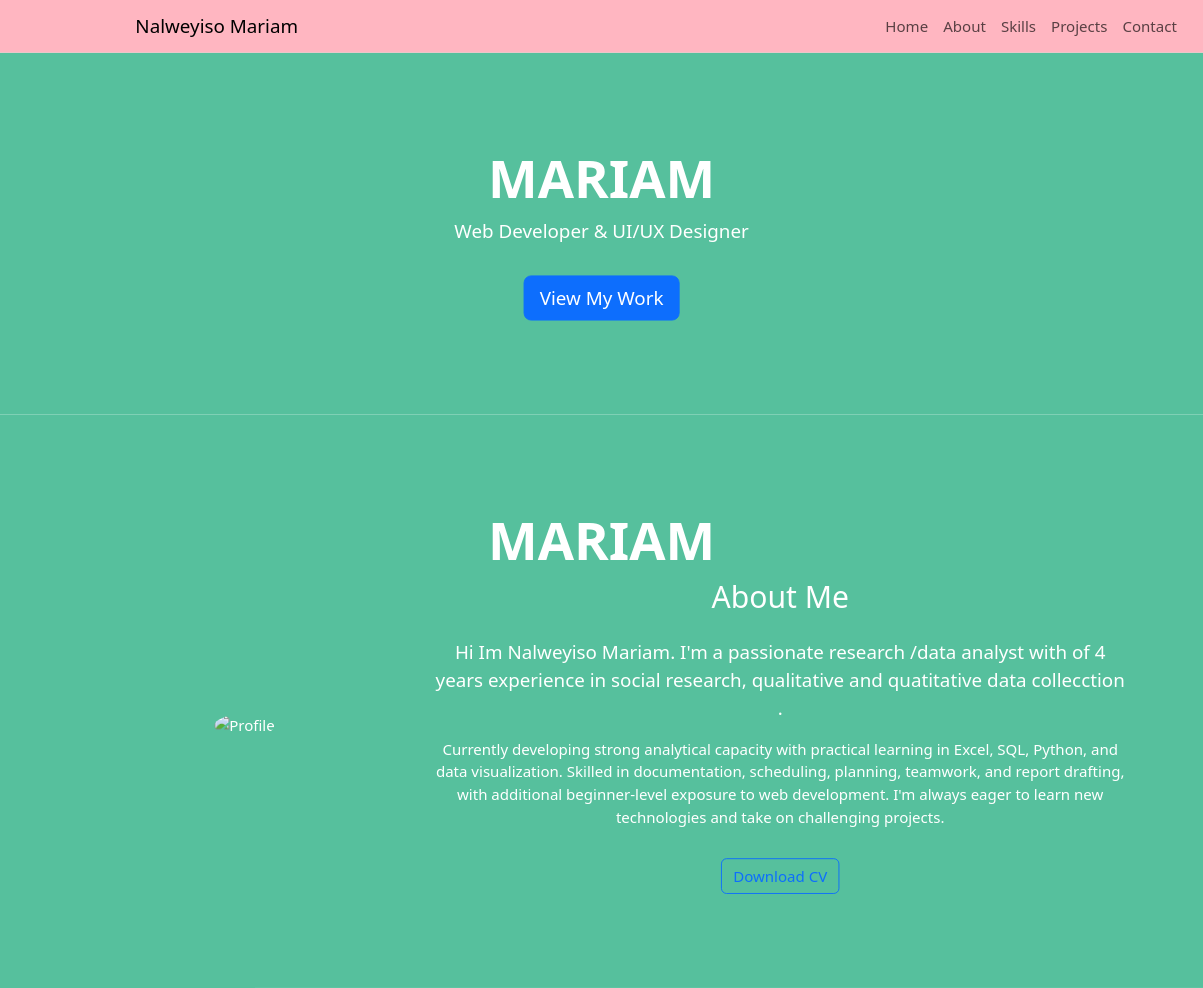
Repository: NalweMari/My-Personal-Portfolio
Page: index.html
These files come from the project's save history. The page is drawn as it stood at one moment and after the next save; the edit follows.
The browser window is 1280 px wide. The pictures show the whole page, at 94% of full size.

Above is the page before, as saved 2025-11-27 18:26:49.
Console error (its wording comes from the project's code and is left out).

### index.html
<!DOCTYPE html>
<html lang="en">

<head>
    <meta charset="UTF-8">
    <meta name="viewport" content="width=device-width, initial-scale=1.0">
    <title>My Portfolio</title>
    <link rel="stylesheet" href="style.css">
    <!-- Bootstrap CSS -->
    <link href="https://cdn.jsdelivr.net/npm/bootstrap@5.3.0/dist/css/bootstrap.min.css" rel="stylesheet">
    <!-- Font Awesome for icons -->
    <link rel="stylesheet" href="https://cdnjs.cloudflare.com/ajax/libs/font-awesome/6.4.0/css/all.min.css">

</head>

<body>
    <!-- Navigation -->

    <nav class="navbar navbar-expand-lg navbar-light bg-custom">
        <div class="container me-2">
            <a class="navbar-brand" href="#">Nalweyiso Mariam</a> <button class="navbar-toggler" type="button" data- 6
                toggle="collapse" data-target="#navbarNav" aria-controls="navbarNav" aria-expanded="false"
                aria-label="Toggle navigation"> <span class="navbar-toggler-icon"></span> </button>
            <div class="collapse navbar-collapse" id="navbarNav">
                <ul class="navbar-nav ms-auto">
                    <a class="nav-link" href="#">Home</a>
                    </li>
                    <li class="nav-item">
                        <a class="nav-link" href="#">About</a>
                    </li>
                    <li class="nav-item">
                        <a class="nav-link" href="#">Skills</a>
                    </li>
                    <li class="nav-item">
                        <a class="nav-link" href="#">Projects</a>
                    </li>
                    <li class="nav-item">
                        <a class="nav-link" href="#">Contact</a>
                    <li class="nav-item active">
                </ul>
            </div>
        </div>
    </nav>

    <!-- Hero Section -->
      <section id="home" class="hero-section text-center">
        <div class="container">
            <h1 class="display-4 fw-bold">MARIAM</h1>
            <p class="lead">Web Developer & UI/UX Designer</p>
            <a href="#projects" class="btn btn-primary btn-lg mt-3">View My Work</a>
        </div>
    </section>
    <section id="home" class="hero-section text-center">
        <div class="container">
             <h1 class="display-4 fw-bold">MARIAM</h1>
            <div class="row align-items-center">
                <div class="col-md-4 text-center mb-4">
                    <img src="" alt="Profile" class="img-fluid rounded-circle">
                </div>
                <div class="col-md-8">
                    <h2 class="mb-4">About Me</h2>
                    <p class="lead">Hi Im Nalweyiso Mariam. I'm a passionate research /data analyst with of 4 years
                        experience in social research, qualitative and quatitative data collecction .</p>
                    <p>Currently developing strong analytical capacity with practical learning in Excel, SQL, Python,
                        and data visualization. Skilled in documentation, scheduling, planning, teamwork, and report
                        drafting, with additional beginner-level exposure to web development. I'm always eager to learn
                        new technologies and take on challenging projects.</p>
                    <a href="#" class="btn btn-outline-primary mt-3">Download CV</a>
                </div>
            </div>
        </div>
        <script src="https://stackpath.bootstrapcdn.com/bootstrap/4.5.2/js/bootstrap.min.js"></script>
</body>

</html>

### Style.css
.bg-custom {
  background-color: lightpink;
}
.hero-section {
  background-color: rgb(86, 192, 157);
     color: white;
  padding: 100px 0;
}
/* .skill-bar {
  height: 20px;
  background-color: #e9ecef;
  border-radius: 5px;
  margin-bottom: 15px;
}
.skill-progress {
  height: 100%;
  border-radius: 5px;
  background-color: #0d6efd;
}
.project-card {
  transition: transform 0.3s;
}
.project-card:hover {
  transform: translateY(-5px);
} */

After the next save:
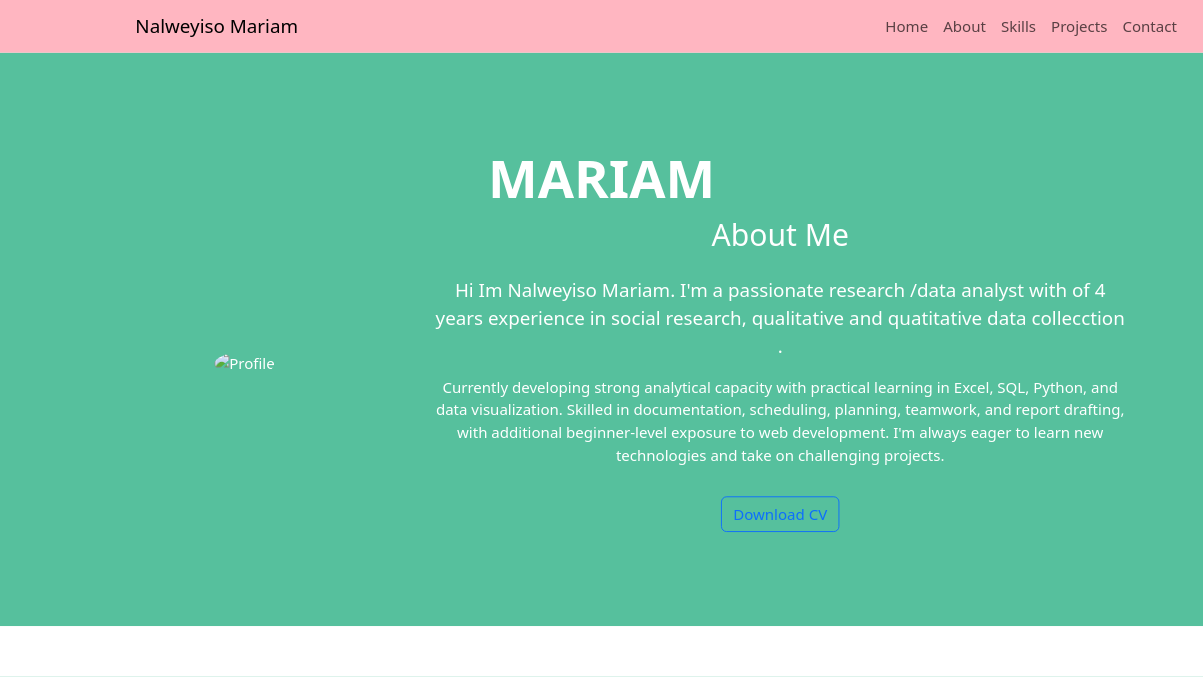
Saved 14 s later.
--- a/index.html
+++ b/index.html
@@ -43,13 +43,13 @@
     </nav>
 
     <!-- Hero Section -->
-      <section id="home" class="hero-section text-center">
+      <!-- <section id="home" class="hero-section text-center">
         <div class="container">
             <h1 class="display-4 fw-bold">MARIAM</h1>
             <p class="lead">Web Developer & UI/UX Designer</p>
             <a href="#projects" class="btn btn-primary btn-lg mt-3">View My Work</a>
         </div>
-    </section>
+    </section> -->
     <section id="home" class="hero-section text-center">
         <div class="container">
              <h1 class="display-4 fw-bold">MARIAM</h1>
